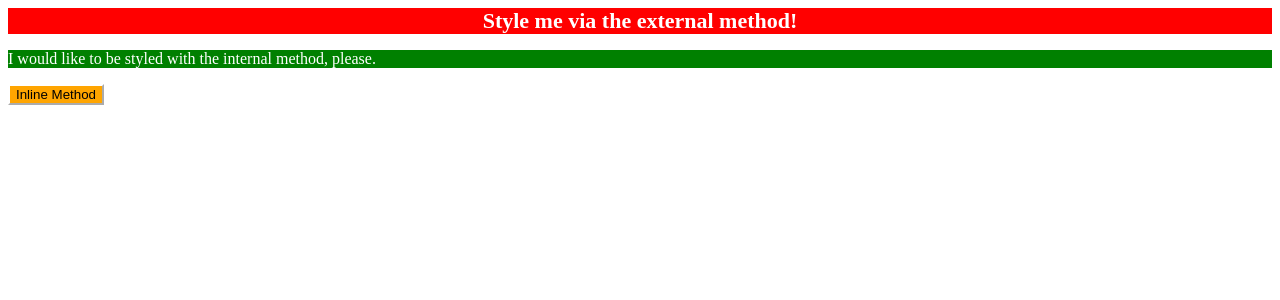
Repository: mnhardy1504/odin-recipes1
Page: repos/css-exercises/foundations/01-css-methods/index.html
An editor plug-in stored every save of this project. The page is shown before and after the next save, followed by the edit.
The browser window is 1280 px wide. The pictures show the whole page.

Above is the page before, as saved 2023-08-22 18:06:17.

After the next save:
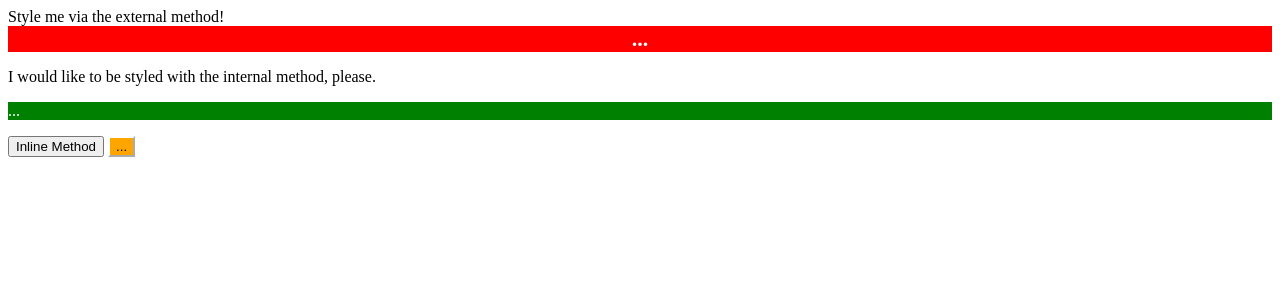
Saved 14 min 44 s later.
--- a/repos/css-exercises/foundations/01-css-methods/index.html
+++ b/repos/css-exercises/foundations/01-css-methods/index.html
@@ -5,11 +5,13 @@
     <meta http-equiv="X-UA-Compatible" content="IE=edge">
     <meta name="viewport" content="width=device-width, initial-scale=1.0">
     <title>Methods for Adding CSS</title>
-    <link rel="stylesheet" href="external1.css" />
   </head>
   <body>
     <div>Style me via the external method!</div>
+    <div style= "color: white; background-color: red; font-weight: bold; text-align: center; font-size: 22px;">...</div>
     <p>I would like to be styled with the internal method, please.</p>
+    <p style= " color: white; background-color: green;">...</p>
     <button>Inline Method</button>
+    <button style= "color: black; background-color: orange; border-color: white;">...</button>
   </body>
 </html>
